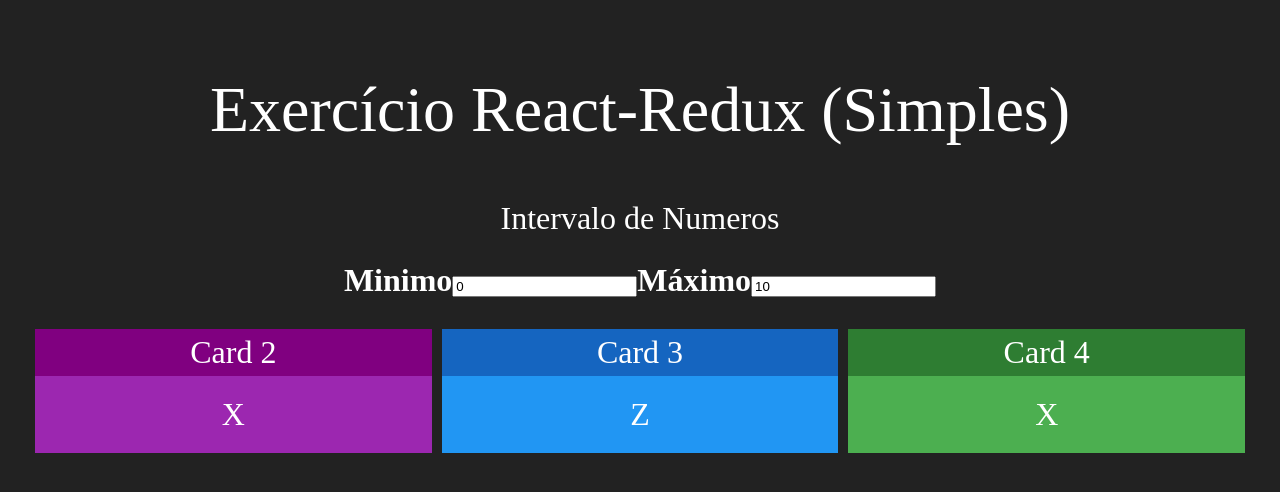
Repository: eversonps/redux-simples
Page: /
These files come from the project's save history. The page is drawn as it stood at one moment and after the next save; the edit follows.
The browser window is 1280 px wide. The pictures show the whole page.
The project was rebuilt for these pictures with package versions that can differ from the ones it lists, and the page was loaded fresh each time. Also part of the build but not shown: src/components/Intervalo.css.

Above is the page before, as saved 2022-03-11 12:53:34.

### src/index.css
body{
  background-color: #222;
  font-size: 2rem;
  color: #fff;
  margin: 30px;
}

### src/App.js
import logo from './logo.svg';
import './App.css';
import Card from './components/Card';
import Intervalo from './components/Intervalo';

function App() {
  return (
    <div className="App">
      <h1>Exercício React-Redux (Simples)</h1>
      <div className='linha'>
        <Intervalo title="Card 1" red>X</Intervalo>
      </div>
      <div className='linha'>
        <Card title="Card 2" purple>X</Card>
        <Card title="Card 3" blue>Z</Card>
        <Card title="Card 4" green>X</Card>
      </div>
    </div>
  );
}

export default App;

### src/App.css
.App{
  display: flex;
  flex-direction: column;
  text-align: center;
}

h1{
  font-weight: 200;
}

.linha{
  display: flex;
}

### src/components/Card.jsx
import "./Card.css"
import React from "react"

function getColor(props){
    if(props.red) return "Red"
    if(props.green) return "Green"
    if(props.blue) return "Blue"
    if(props.purple) return "Purple"
    return ""
}

export default props => (
    <div className={`Card ${getColor(props)}`}>
        <div className="Header">
            <span className="Title">{props.title}</span>
        </div>
        <div className="Content">
            {props.children}
        </div>
    </div>
)

### src/components/Intervalo.jsx
import "./Intervalo.css"
import React from "react"
import Card from "./Card"

export default props => {
    return (
        <Card title="Intervalo de Numeros">
            <span>
                <strong>Minimo</strong>
                <input type="number" value={0} readOnly/>
            </span>

            <span>
                <strong>Máximo</strong>
                <input type="number" value={10}/>
            </span>
        </Card>
    )
}

### src/components/Card.css
.Card{
    flex: 1;
    display: flex;
    flex-direction: column;
    margin: 5px;
}

.Card .Header{
    display: flex;
    justify-content: center;
}

.Card .Header .Title{
    flex: 1;
    padding: 5px;
}

.Card .Content{
    padding: 20px;
}

.Card.Red .Header{ color: #FFF; background-color: #c62828;}
.Card.Red .Content{background-color: #f44336;}

.Card.Green .Header{ color: #FFF; background-color: #2e7d32;}
.Card.Green .Content{background-color: #4caf50;}

.Card.Blue .Header{ color: #FFF; background-color: #1565c0;}
.Card.Blue .Content{background-color: #2196f3;}

.Card.Purple .Header{ color: #FFF; background-color: purple;}
.Card.Purple .Content{background-color: #9c27b0;}

Loaded but not shown: public/index.html (common file); src/index.js (common file); src/reportWebVitals.js (common file)

After the next save:
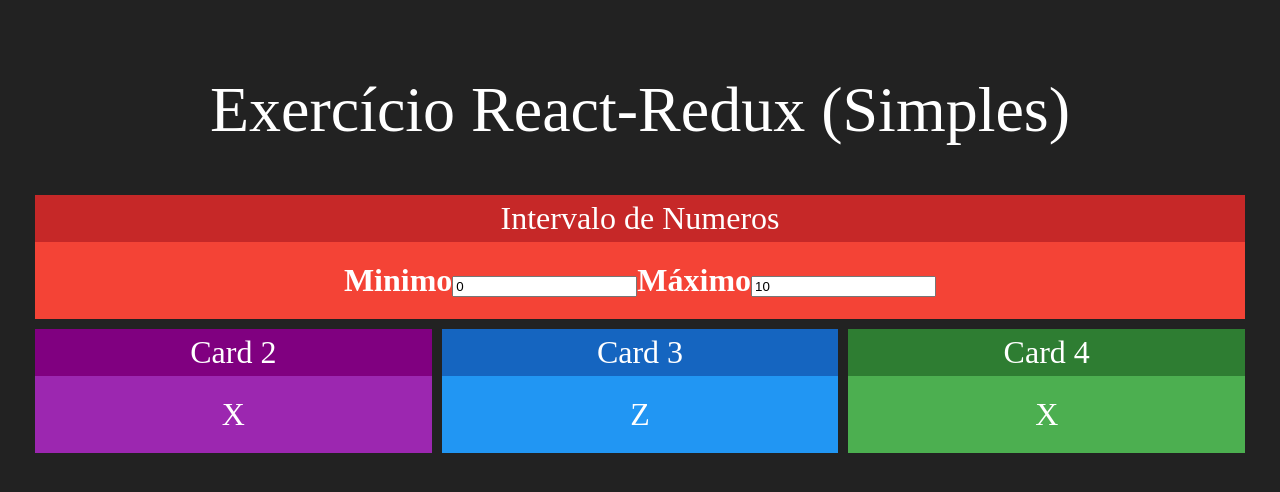
Saved 46 s later.
--- a/src/components/Intervalo.jsx
+++ b/src/components/Intervalo.jsx
@@ -4,7 +4,7 @@ import Card from "./Card"
 
 export default props => {
     return (
-        <Card title="Intervalo de Numeros">
+        <Card title="Intervalo de Numeros" red>
             <span>
                 <strong>Minimo</strong>
                 <input type="number" value={0} readOnly/>
@@ -12,7 +12,7 @@ export default props => {
 
             <span>
                 <strong>Máximo</strong>
-                <input type="number" value={10}/>
+                <input type="number" value={10} readOnly/>
             </span>
         </Card>
     )
